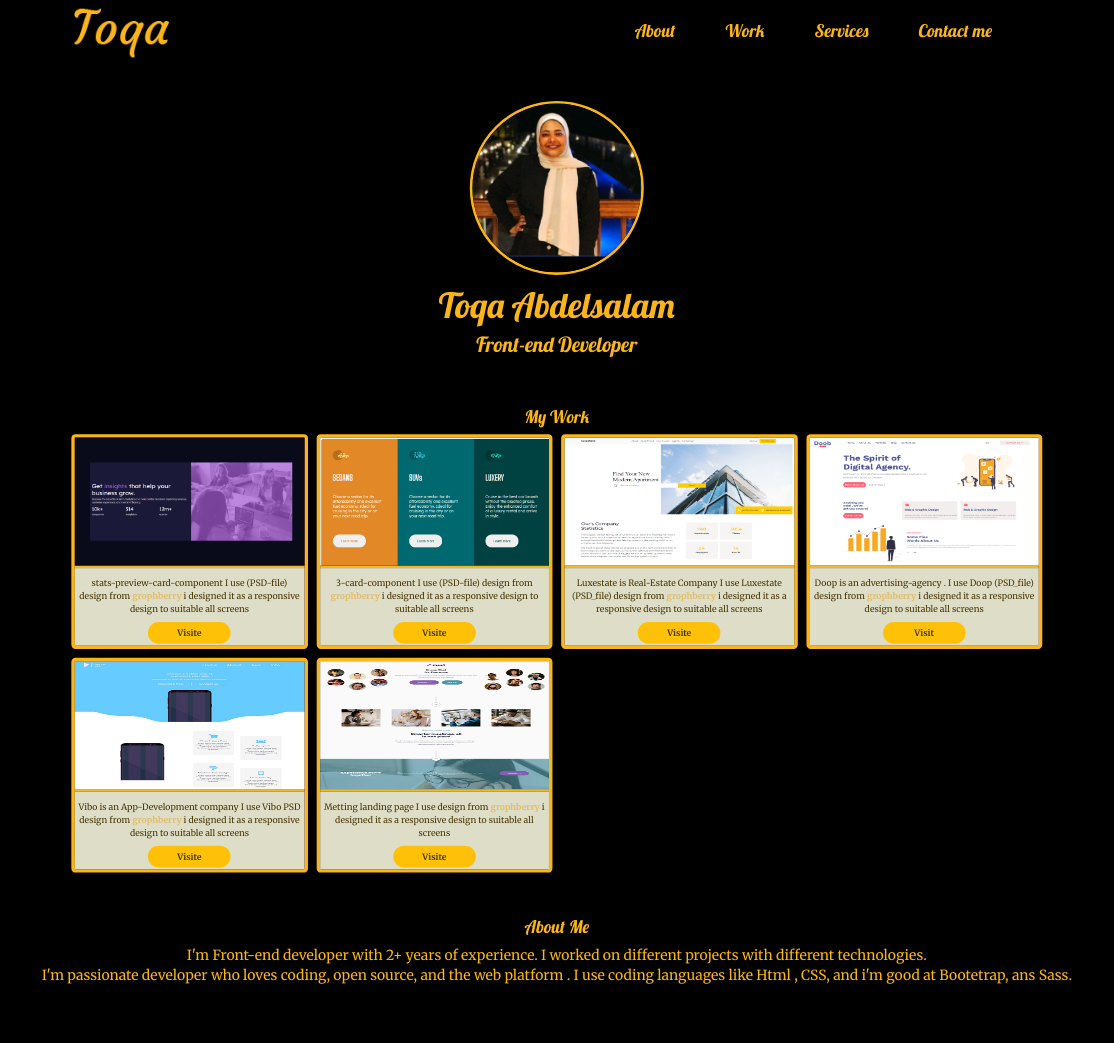
Repository: Toqa-25/portfolio
Page: index.html
The author's editor kept a copy of each file at every save. The page is drawn from the files as they stood at one save, then again after the next save.
The browser window is 1280 px wide. The pictures show the whole page, at 87% of full size.
Some web fonts or font styles are not loaded; a fallback is used.

Above is the page before, as saved 2021-10-31 15:02:30.

### index.html
<!DOCTYPE html>
<html lang="en">
<head>
    <meta charset="UTF-8">
    <meta http-equiv="X-UA-Compatible" content="IE=edge">
    <meta name="viewport" content="width=device-width, initial-scale=1.0">
    <title>Toqa Portfolio</title>
      <!-- bootstrap file -->
      <link rel="stylesheet" href="css/all.min.css">
      <link rel="stylesheet" href="css/bootstrap.css">
      <!-- css file -->
      <link rel="stylesheet" href="css/style.css">
      <!-- fonts -->
      <link rel="preconnect" href="https://fonts.googleapis.com">
<link rel="preconnect" href="https://fonts.gstatic.com" crossorigin>
<link href="https://fonts.googleapis.com/css2?family=Lobster&family=Otomanopee+One&display=swap" rel="stylesheet">
<link rel="preconnect" href="https://fonts.googleapis.com">
<link rel="preconnect" href="https://fonts.gstatic.com" crossorigin>
<link href="https://fonts.googleapis.com/css2?family=Merriweather:ital,wght@0,300;0,400;0,700;0,900;1,300;1,400;1,700;1,900&display=swap" rel="stylesheet">
<link rel="preconnect" href="https://fonts.googleapis.com">
<link rel="preconnect" href="https://fonts.gstatic.com" crossorigin>
<link href="https://fonts.googleapis.com/css2?family=Bebas+Neue&family=Oswald:wght@200;300;400;500;600;700&display=swap" rel="stylesheet">
</head>
<body>
    <header class="section">
       <nav class="container">
           <img src="images/logo.png" alt="logo">
       <ul class="list">
           <li>About</li>
           <li>Work</li>
           <li>Services</li>
           <li>Contact me</li>
           <!-- <li>Reviews</li> -->
       </ul>
       <div role="navigation">
      <svg xmlns="http://www.w3.org/2000/svg" width="35" height="35" fill="#fbb519" class="bi bi-list" viewBox="0 0 16 16">
        <path fill-rule="evenodd" d="M2.5 12a.5.5 0 0 1 .5-.5h10a.5.5 0 0 1 0 1H3a.5.5 0 0 1-.5-.5zm0-4a.5.5 0 0 1 .5-.5h10a.5.5 0 0 1 0 1H3a.5.5 0 0 1-.5-.5zm0-4a.5.5 0 0 1 .5-.5h10a.5.5 0 0 1 0 1H3a.5.5 0 0 1-.5-.5z"/>
      </svg>
      <ul class="hidden">
        <li>About</li>
        <li>Work</li>
        <li>Services</li>
        <li>Contact me</li>
        <!-- <li>Reviews</li> -->
      </ul>
      </div>
    </nav>

    </header>
    <div class="my-image section">
      <div class="quik  " role="main">
        <div>
        <img src="images/toqa.jpg" alt=""><br>
        <h1>Toqa Abdelsalam</h1>
        <h4>Front-end Developer</h4>
      </div>
      </div>
    </div>

      <section class="section container work">
      <h5>My Work</h5>
      <div class="card-groups">
      <div class="project card" role="menu">
        <img src="images/toqa-25.github.io_stats-preview-card-component-main_.png" alt="">
        <p>stats-preview-card-component
      I use  (PSD-file) design from <span> <a href="https://www.frontendmentor.io/">grophberry</a></span>
  i designed it as a responsive design to suitable all screens <br>
  <button><a href="https://toqa-25.github.io/stats-preview-card-component-main/">Visite</a></button>
 </p>
 </div>
      <div class="project card" role="menu">
        <img src="images/toqa-25.github.io_3-cards-component3_.png" alt="">
        <p>3-card-component
      I use (PSD-file) design from <span> <a href="https://www.frontendmentor.io/">grophberry</a></span>
  i designed it as a responsive design to suitable all screens <br>
  <button><a href="https://toqa-25.github.io/3-cards-component/">Visite</a></button>
 </p>
 </div>
      <div class="project card" role="menu">
          <img src="images/destop-luxestate - Copy (1).png" alt="">
          <p>Luxestate is Real-Estate Company
        I use Luxestate (PSD_file) design from <span> <a href="https://www.graphberry.com/">grophberry</a></span>
    i designed it as a responsive design to suitable all screens <br>
    <button><a href="https://toqa-25.github.io/luxstate-project-/">Visite</a></button>
   </p>
   </div>
      <div class="project card" role="menu">
          <img src="images/web_design.png" alt="">
          <p>Doop is an advertising-agency .
        I use Doop (PSD_file) design from <span> <a href="https://www.graphberry.com/">grophberry</a></span>
    i designed it as a responsive design to suitable all screens <br>
    <button><a href="https://toqa-25.github.io/simply-agency/">Visit </a></button>
   </p>
   </div>
      <div class="project card" role="menu">
        <img src="images/Vibo_App(desktop)_toqa-25.github.io2.png" alt="">
          <p>Vibo is an App-Development company
        I use Vibo PSD design from <span> <a href="https://www.graphberry.com/">grophberry</a></span>
    i designed it as a responsive design to suitable all screens <br>
    <button><a href="https://toqa-25.github.io/vibo-app/">Visite</a></button>
   </p>
   </div>
   <div class="project card" role="menu">
    <img src="images/toqa-25.github.io_landing-meeting-page_desktop.png" alt="">
    <p>Metting landing page
  I use  design from <span> <a href="https://www.frontendmentor.io/">grophberry</a></span>
i designed it as a responsive design to suitable all screens <br>
<button><a href="https://toqa-25.github.io/landing-meeting-page/">Visite</a></button>
</p>
</div>
   </div>
      </section>

      <section class="section about">

          <h5>About Me</h5>
      <p> I'm Front-end developer with 2+ years of experience. I worked on different projects with different technologies. <br>
       I'm passionate developer who loves coding, open source, and the web platform .
       I use coding languages like Html , CSS, and i'm good at Bootetrap, ans Sass. </p>
      </section>

</body>
</html>

### css/style.css
/* Root value */
:root{
    --main-color:#fbb519;
    --section-padding:50px;
}
/* global value */
*{
    box-sizing: border-box;
    margin: 0;
    padding: 0;

}

/* my  style */
body{
    font-family: 'Merriweather', serif;
    background-color: black;
    /* font-family: 'Otomanopee One', sans-serif; */
    /* font-family: 'Oswald', sans-serif; */
    color:var(--main-color)
}
.section{
    padding-bottom: var(--section-padding);
}
.container
{
  width: 100%;
  padding-right: 0.75rem;
  padding-left: 0.75rem;
  margin-right: auto;
  margin-left: auto;
}
 .section h5{
    text-align: center;
    font-family: 'Lobster';

 }

@media (min-width: 576px) {
 .container {
    max-width: 540px;
  }
}
@media (min-width: 768px) {
   .container {
    max-width: 720px;
  }
}
@media (min-width: 992px) {
   .container {
    max-width: 960px;
  }
}
@media (min-width: 1200px) {
 .container {
    max-width: 1140px;
  }
}
@media (min-width: 1400px) {
   .container {
    max-width: 1320px;
  }
}
 /* start header part */
 header{
    font-family: 'Lobster', cursive;

   /* background-image: url(../images/ferenc-almasi-eYpcLDXHVb0-unsplash.jpg);
   background-size: cover;*/
 }
 nav{
      display: flex;
    justify-content: space-between;
    align-items: center;
    /* background-color: black; */
 }
  nav img{
     margin-top:10px;
 }
 nav .list{
     width: 50%;
    margin-top:20px;
    list-style: none;
    color:var(--main-color);
    display: flex;
    justify-content: space-evenly;
    cursor: pointer;
    font-size: 20px;
 }
 nav .list li{
      transition: .2s;
      -webkit-transition: .2s;
      -moz-transition: .2s;
      -ms-transition: .2s;
      -o-transition: .2s;
}
 nav .list li:hover{
  /* padding:5px; */
  font-size: 30px;
 }
 @media (max-width: 768px){
  nav .list {
      display: none;
  }
  div{
      display: block;
      padding: 15px;
  }
  .quik h2{
    font-size: 20px;
    line-height: 2rem;
  }
  .quik img{
    width: 100px;
    height: 100px;
 }
}
 @media (min-width: 768px){
     nav div{
         display: none;

     }
 }
 div:hover  .hidden {
     display: block;
     color:var(--main-color);
     position: absolute;
     right: 44px;
     top: 37px;
     background-color: #f5f5dc91;
     list-style: none;
     border-radius: 8px;
     padding: 10px;

 }
 .hidden{
    display: none;

}
.hidden li:hover{
 padding: 5px;
 font-size: 25px;
}
 .quik{
    color: var(--main-color);
    text-align: center;
    /* background-image: url(../images/mohammad-rahmani-8qEB0fTe9Vw-unsplash.jpg); */
    height: 300px;
    display: flex;
    align-items: center;
    justify-content: center;
    /* font-family: 'Bebas Neue', cursive; */
     /* font-family: 'Oswald', sans-serif; */
     font-family: 'Lobster', cursive;


 }
 .quik img{
     width: 200px;
     height: 200px;
     border:3px solid;
     border-radius: 50%;
     -webkit-border-radius: 50%;
     -moz-border-radius: 50%;
     -ms-border-radius: 50%;
     -o-border-radius: 50%;
     margin-bottom: 10px;
}
 h2{
    color: #dad3d3;
    text-transform: uppercase;
    line-height: 3rem;
 }
 span{
     color:var(--main-color)
 }
 .card-groups{
     display: grid;
    grid-template-columns:repeat(4,1fr);
    gap:10px;
 }
 .work h5{
    text-align: center;
    font-family: 'Lobster';
 }
.card {
    width: 100%;
    height: 100%;
    position: relative;
    display: flex;
    flex-direction: column;
    min-width: 0;
    word-wrap: break-word;
    background-color: black;
    background-clip: border-box;
    border: 4px solid var(--main-color);
    border-radius: 0.3rem;
}

.card img{
    max-width:100%;
    max-height: 150px;
    border-bottom: 3px solid;
}
.card img:hover{
   transform: scale(1.1);
   -webkit-transform: scale(1.1);
   -moz-transform: scale(1.1);
   -ms-transform: scale(1.1);
   -o-transform: scale(1.1);
}
.card p{
    margin-bottom: 1rem;
    background-color: black;
    font-size: 10px;
    padding: 2px;
    margin: 0px;
    margin-top: 0px;
    width: 100%;
    height: 100%;
    text-align: center;
    color:#483705;
    background-color: #f5f5dce8;
    padding-top: 10px;

}
.card p a{
    text-decoration: none;
    color: #e2bc66;
    font-weight: bolder;
}
.card p:hover{

}

.card button{
    width: 95px;
    text-align: center;
    background-color: #ffc107;
    border: none;
    border-radius: 15px;
    padding: 5px;
    margin-top: 7px;
}
.card button:hover{
    width:120px;
    padding: 10px;
}
.card button a{
    text-decoration: none;
    color: #483705;
}

.about{
    text-align: center;

}

Loaded but not shown: css/all.min.css (library); css/bootstrap.css (library)

After the next save:
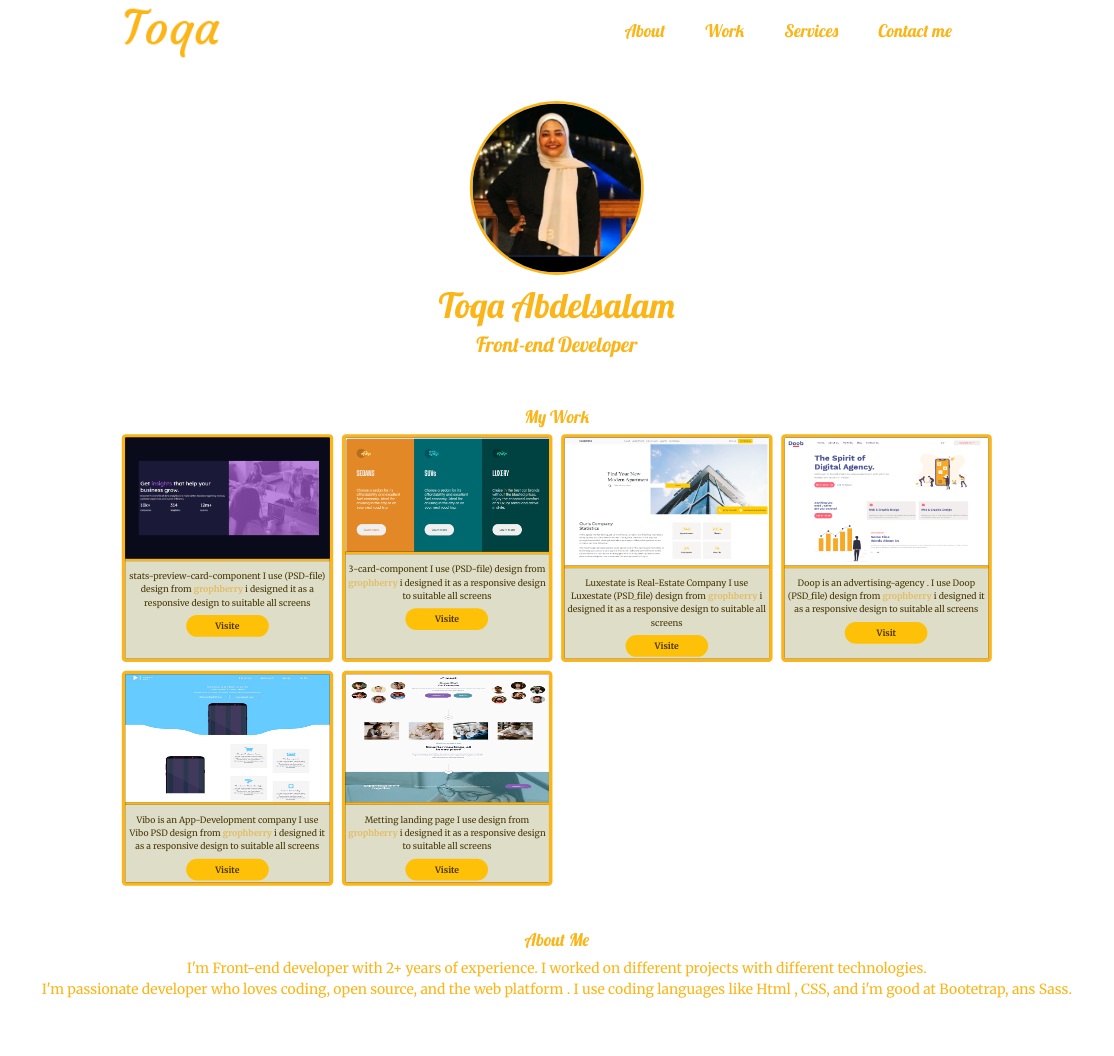
Saved 25 min 12 s later.
--- a/css/style.css
+++ b/css/style.css
@@ -14,9 +14,6 @@
 /* my  style */
 body{
     font-family: 'Merriweather', serif;
-    background-color: black;
-    /* font-family: 'Otomanopee One', sans-serif; */
-    /* font-family: 'Oswald', sans-serif; */
     color:var(--main-color)
 }
 .section{
@@ -24,7 +21,7 @@ body{
 }
 .container
 {
-  width: 100%;
+  width: 80%;
   padding-right: 0.75rem;
   padding-left: 0.75rem;
   margin-right: auto;
